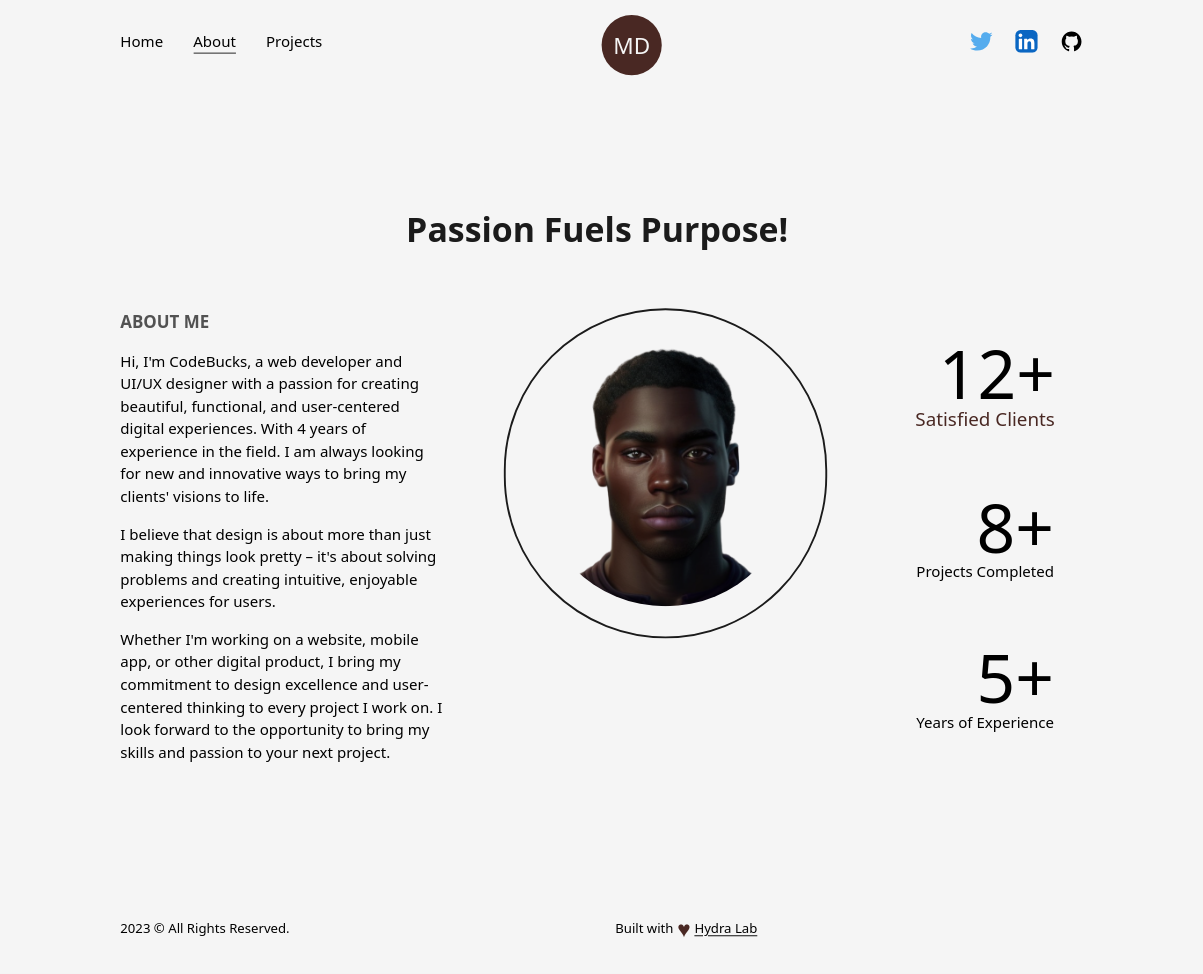
Repository: marcusdashe/situs
Page: /about
The author's editor kept a copy of each file at every save. The page is drawn from the files as they stood at one save, then again after the next save.
The browser window is 1280 px wide. The pictures show the whole page, at 94% of full size.
The project was rebuilt for these pictures with package versions that can differ from the ones it lists, and the page was loaded fresh each time. The framework's server and built-in components were replaced by stand-ins that run in the browser.

Above is the page before, as saved 2023-06-29 14:30:24.

After the next save:
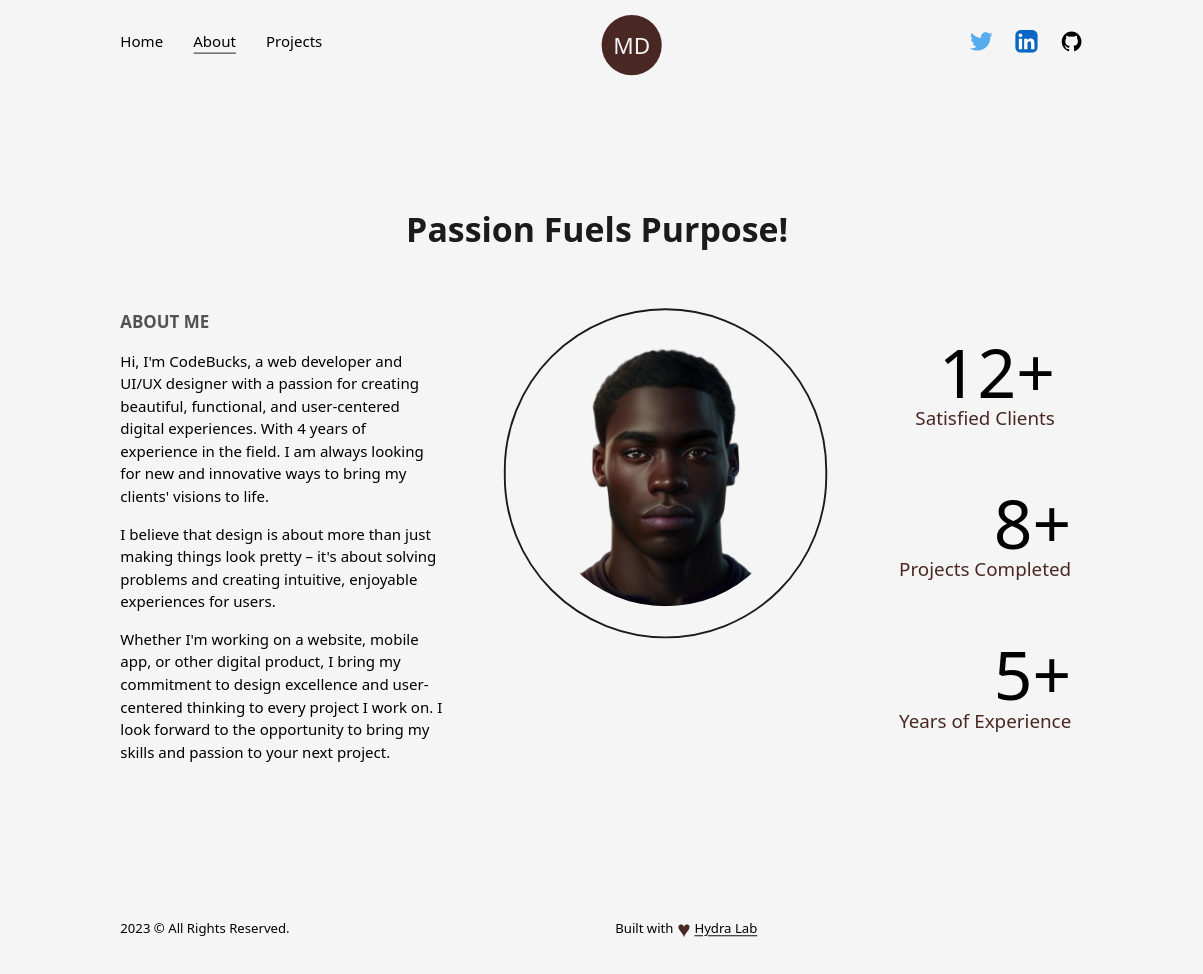
Saved 49 s later.
--- a/src/pages/about.js
+++ b/src/pages/about.js
@@ -62,11 +62,15 @@ const About = () => {
 
               <div className="flex flex-col items-end justify-center">
                 <span className="inline-block text-7xl">8+</span>
-                <h2>Projects Completed</h2>
+                <h2 className="text-xl font-medium text-primaryDark">
+                  Projects Completed
+                </h2>
               </div>
               <div className="flex flex-col items-end justify-center">
                 <span className="inline-block text-7xl">5+</span>
-                <h2>Years of Experience</h2>
+                <h2 className="text-xl font-medium text-primaryDark">
+                  Years of Experience
+                </h2>
               </div>
             </div>
           </div>
